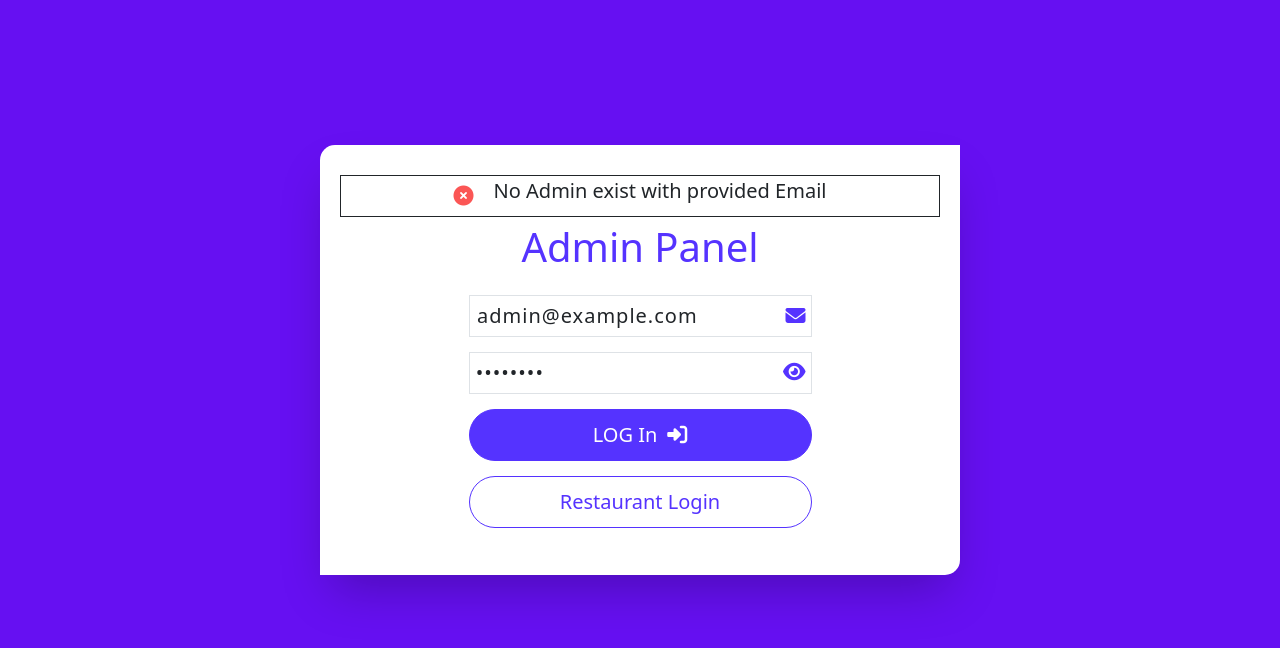
Repository: FlyweisReact/GopalAdminPanel
Page: /
An editor plug-in stored every save of this project. The page is shown before and after the next save, followed by the edit.
The browser window is 1280 px wide. The pictures show the whole page.
Some web libraries are served in a nearby version. The project was rebuilt for these pictures with package versions that can differ from the ones it lists, and the page was loaded fresh each time. Also part of the build but not shown: src/components/pages/Dashboard.jsx, src/vendorPanel/components/Auth.jsx, src/components/BaseUrl.jsx, src/components/pages/products/Products.jsx, src/components/pages/categories/Categories.jsx, src/components/pages/banner/Banner.jsx, src/components/pages/orders/Orders.jsx, src/components/pages/terms/Terms.jsx and 50 more. Imported but missing from the stored project, and not drawn on this page: src/components/layout/HOC.

Above is the page before, as saved 2023-04-03 13:10:08.

After the next save:
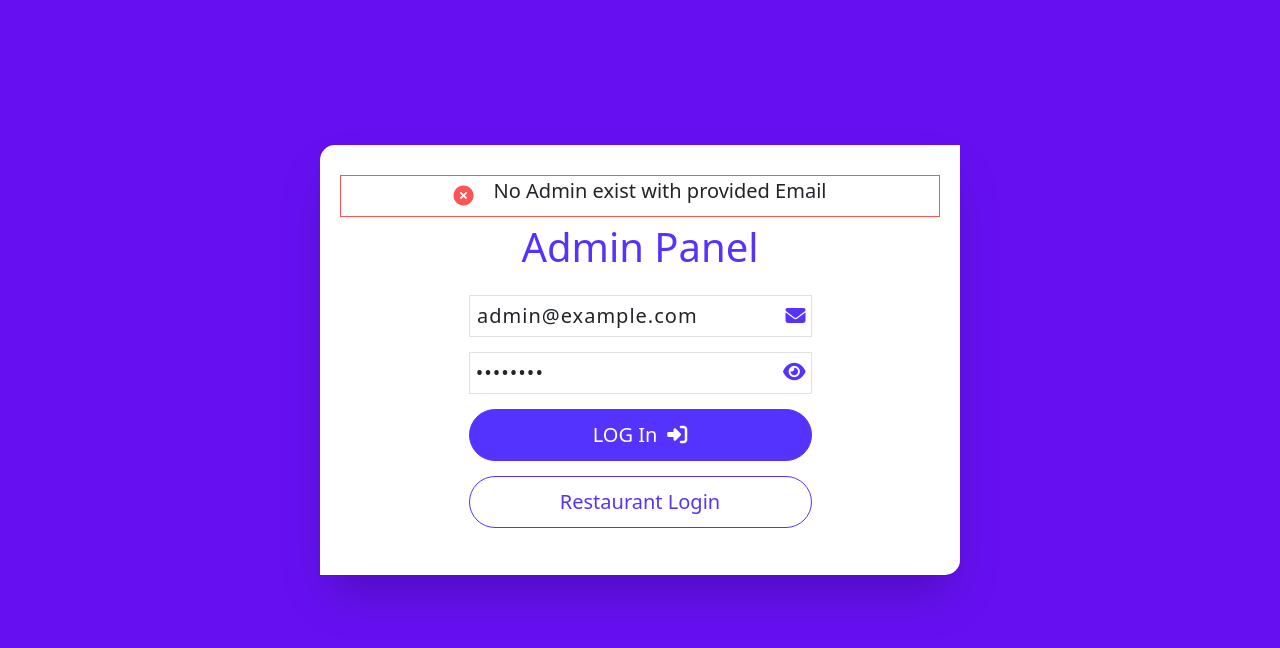
Saved 4 s later.
--- a/src/index.css
+++ b/src/index.css
@@ -143,7 +143,7 @@ code {
   gap: 20px;
   align-items: center;
   justify-content: center;
-  border: 1px solid ;
+  border: 1px solid #fb5655 ;
 }
 .alertDiv i{
   color: #fb5655;
